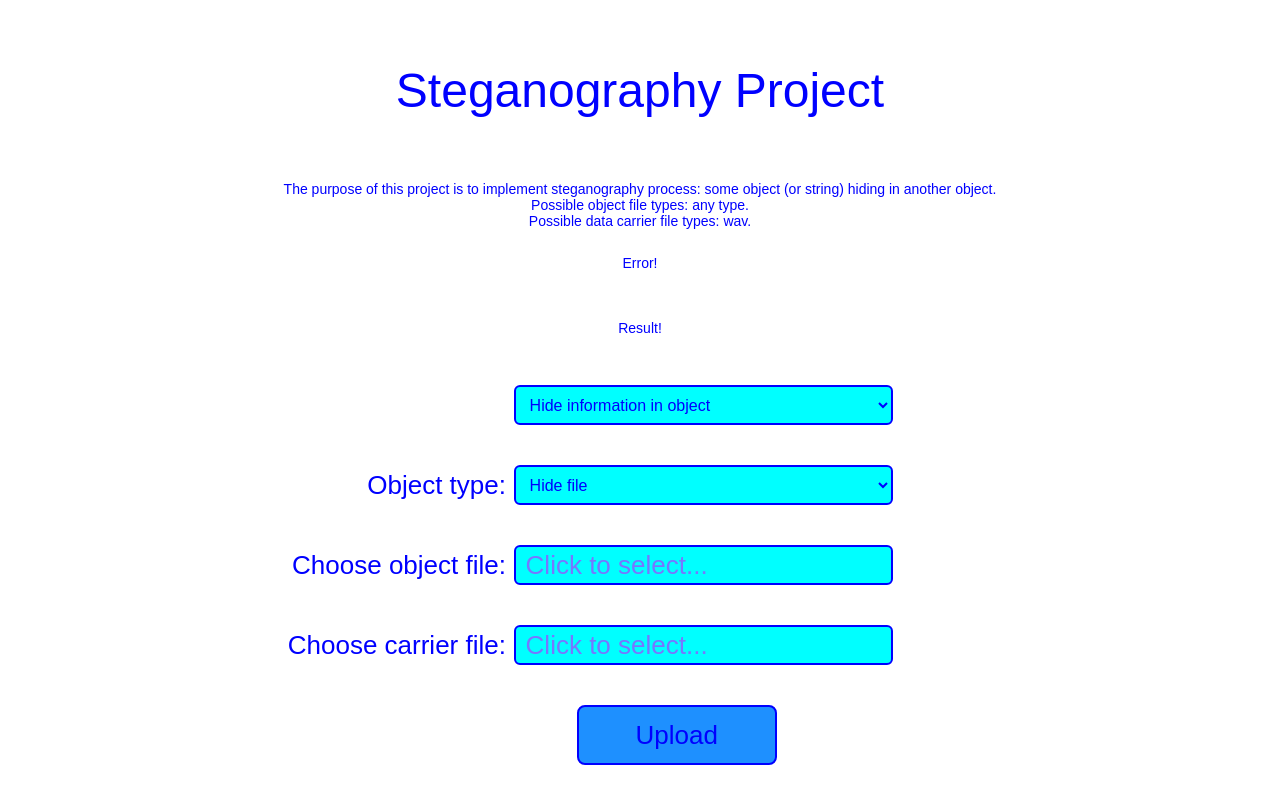
Repository: CactusZ/Trithemius
Page: client/index.html
The author's editor kept a record of every edit. The page is drawn from the files as they stood at one moment, then again after the next edit.
The browser window is 1280 px wide. The pictures show the whole page.

Above is the page before.

### client/index.html
<!doctype html>
<html lang="en" ng-app>

<head>
  <title>Steganography Project</title>
  <meta name="viewport" content="width=device-width, initial-scale=1.0">
  <base href="./client/index.html">

  <link rel="stylesheet" href="/css/index.css">
  <script src="/js/jquery.min.js"></script>
  <script src='/js/jquery.transit.min.js'></script>
  <script src="/js/bootstrap.min.js"></script>
  <script src="/js/angular.min.js"></script>
  <script src="/js/script.js"></script>
</head>

<body>


  <div class="container">
    <div class="head-sub-container">
      <div class="heading">
        Steganography Project
      </div>
      <div class="description">
        The purpose of this project is to implement steganography process: some object (or string) hiding in another object. <br> Possible object file types: any type. <br> Possible data carrier file types: wav. <br>
      </div>
    </div>
    <div class="description sub-container error" id="error-div">
      Error!
    </div>
    <div class="description sub-container result" id="result-div">
      Result!
    </div>
    <div class="sub-container">
      <select id="operation">
        <option value="hide">Hide information in object</option>
        <option value="retrieve">Retrieve information from object</option>
      </select>
    </div>
    <div id="hide-div">
      <div class="sub-container">
        <div class="label-div">
          <label for="object-type">Object type:</label>
        </div>
        <select id="object-type">
          <option value="file">Hide file</option>
          <option value="string">Hide string</option>
        </select>
      </div>
      <div class="sub-container" id="upload-string">
        <div class="label-div">
          <label for="upload-obj-string">Object string:</label>
        </div>
        <input id="upload-obj-string" class="upload-string" type="text" placeholder="Enter string...">
      </div>
      <div class="sub-container" id="upload-file">
        <div class="label-div">
          <label for="upload-obj-file">Choose object file:</label>
        </div>
        <input id="upload-obj-input" type="file" name="upload-object" style="display:none;">
        <input id="upload-obj-file" class="upload-file" type="text" placeholder="Click to select..." readonly>
      </div>
      <div class="sub-container">
        <div class="label-div">
          <label for="upload-carrier-file">Choose carrier file:</label>
        </div>
        <input id="upload-carrier-input" type="file" name="upload-carrier" style="display:none;">
        <input id="upload-carrier-file" class="upload-file" type="text" placeholder="Click to select..." readonly>
      </div>
      <div class="btn-container">
        <button id="upload-btn">Upload</button>
      </div>
    </div>
  </div>
  <div id="retrieve-div">
    <div class="sub-container">
      <div class="label-div">
        <label for="object-retr-type">Object to retrieve type:</label>
      </div>
      <select id="object-retr-type">
          <option value="file">File</option>
          <option value="string">String</option>
        </select>
    </div>
    <div class="sub-container">
      <div class="label-div">
        <label for="stego-file">Choose carrier file:</label>
      </div>
      <input id="stego-input" type="file" name="stego-file" style="display:none;">
      <input id="stego-file" class="upload-file" type="text" placeholder="Click to select..." readonly>
    </div>
    <div class="btn-container">
      <button id="retrieve-btn">Retrieve</button>
    </div>
  </div>
  </div>
  <div id="progress" class="progress-bar">
    <div id="progressBar" class="progress-bar-box">10%</div>
  </div>
</body>

</html>

### client/css/index.css
.container {
    margin-top: 5%;
}

.sub-container {
    position: relative;
    margin-bottom: 40px;
    height: 40px;
}

.label-div {
    display: inline-block;
    position: absolute;
    text-align: right;
    width: 24%;
    padding: 5px;
    text-overflow: ellipsis;
    white-space: nowrap;
    overflow: hidden;
    left: 15%;
}

label, button {
    font-family: Arial, Helvetica, sans-serif;
    font-size: 26px;
    color: blue;
}

.upload-file, .upload-string, select {
    text-align: left;
    display: block;
    padding: 13px 10px;
    width: 30%;
    height: 100%;
    position: absolute;
    left: 40%;
    background-color: aqua;
    -webkit-transition: background-color 0.5s;    /* Safari */
    transition: background-color 0.5s;
    border: solid blue 2px;
    border-radius: 6px;
    font-family: Arial, Helvetica, sans-serif;
    font-size: 26px;
    color: blue;
    box-sizing: border-box;
}

select {
    font-size: 16px;
    padding: 0 10px;
}

#upload-string{
    display:none;
}

.upload-file:hover, button:hover, .upload-string:hover, select:hover {
    background-color: GhostWhite;
}

::-webkit-input-placeholder {
    /* WebKit, Blink, Edge */
    color: #77F;
}

:-moz-placeholder {
    /* Mozilla Firefox 4 to 18 */
    color: blue;
    opacity: 1;
}

::-moz-placeholder {
    /* Mozilla Firefox 19+ */
    color: blue;
    opacity: 1;
}

:-ms-input-placeholder {
    /* Internet Explorer 10-11 */
    color: blue;
}

.btn-container {
    margin: 2% auto;
    margin-left: 45%;
}

button {
    height: 60px;
    width: 200px;
    background-color: DodgerBlue;
    color:Blue;
    border: solid blue 2px;
    border-radius: 8px;
    -webkit-transition: background-color 0.5s;    /* Safari */
    transition: background-color 0.5s;
}

.heading, .description {
    font-family: Arial, Helvetica, sans-serif;
    color: blue;
}

.heading {
    font-size: 48px;
    margin: 5% auto;
    text-align: center;
}

.description {
    font-size: 14px;
    text-align:center;
    margin-bottom: 2%;
}


.progress-label {
    text-align: center;
    line-height: 30px;
    color: Navy;
    font-weight: bold;
}
.progress-bar {
    position: relative;
    width: 50%;
    margin: auto;
    height: 30px;
    background-color: white;
    border: solid blue 3px;
    border-radius: 4px;
    display: none;
}

.progress-bar-box {
    position: absolute;
    width: 10%;
    height: 100%;
    background-color: RoyalBlue;
    transition: width 0.1s;
    text-align: center;
    line-height: 30px;
    color: Navy;
    font-weight: bold;
}

#retrieve-div {
    display:none;
}

.error .result {
    width: 30%;
    left: 40%;
    color: black;
    font-size: 24px;
    font-weight: bold;
    display:none;
    border-radius: 4px;
}

### client/js/script.js
    /* global $ white */
    $(document).ready(function() {

        $("#operation").change(function() {
            $(".progress-bar").hide("fast");
            $("#error-div").hide("fast");
            if ($(this).val() == "hide") {
                $("#retrieve-div").hide("fast");
                $("#hide-div").show("slow", "swing");
            }
            else {
                $("#hide-div").hide("fast");
                $("#retrieve-div").show("slow", "swing");
            }
        });

        /* Object type select */
        $("#object-type").change(function() {
            if ($(this).val() == "string") {
                $("#upload-file").hide("fast");
                $("#upload-string").show("slow", "swing");
            }
            else {
                $("#upload-string").hide("fast");
                $("#upload-file").show("slow", "swing");
            }
        });


        /* File selection */
        $('#upload-obj-file').click(function() {
            $('#upload-obj-input').click();
        });

        $('#upload-obj-input').change(function() {
            var filename = $('#upload-obj-input').val().split('\\').pop();
            $('#upload-obj-file').val(!filename ? "" : filename + " [Click to change]");
            var upload_carrier_file = $('#upload-obj-file');
            upload_carrier_file.val(!filename ? "" : filename + " [Click to change]");
            if (!upload_carrier_file.val()) {
                upload_carrier_file.css("background-color", "");
            }
            else {
                upload_carrier_file.css("background-color", "lightCyan");
            }
        });

        $('#upload-carrier-file').click(function() {
            $('#upload-carrier-input').click();
        });

        $('#upload-carrier-input').change(function(event) {
            var filename = $('#upload-carrier-input').val().split('\\').pop();
            var upload_carrier_file = $('#upload-carrier-file');
            upload_carrier_file.val(!filename ? "" : filename + " [Click to change]");
            if (!upload_carrier_file.val()) {
                upload_carrier_file.css("background-color", "");
            }
            else {
                upload_carrier_file.css("background-color", "lightCyan");
            }

        });


        $('#stego-file').click(function() {
            $('#stego-input').click();
        });

        $('#stego-input').change(function(event) {
            var filename = $('#stego-input').val().split('\\').pop();
            var stego_file = $('#stego-file');
            stego_file.val(!filename ? "" : filename + " [Click to change]");
            if (!stego_file.val()) {
                stego_file.css("background-color", "");
            }
            else {
                stego_file.css("background-color", "lightCyan");
            }

        });

        /* Button pressed. Upload! */
        $("#upload-btn").click(function() {
            $("#error-div").hide();
            var fileObj;
            var fileCar;
            fileCar = $('#upload-carrier-input').get(0).files[0];

            /*Create Form*/
            var formData = new FormData();

            formData.append('fileCarrier', fileCar, fileCar.name);
            formData.append('objectType', $("#object-type").val());
            if ($("#object-type").val() == 'file') {
                if ((!$('#upload-carrier-input').val()) || (!$('#upload-obj-input').val())) {
                    $("#error-div").show();
                    $("#error-div").html("You have to select 2 files!");
                    return;
                }
                fileObj = $('#upload-obj-input').get(0).files[0];
                formData.append('fileObject', fileObj, fileObj.name);
            }
            else {
                if ((!$('#upload-carrier-input').val()) || (!$('#upload-obj-string').val())) {
                    $("#error-div").show();
                    $("#error-div").html("You have to select a file and input string!");
                    return;
                }
                formData.append('stringObject', $('#upload-obj-string').val());
            }

            /* Reset and show progress bar */
            $("#progress").css("display", "block");
            $("#progressBar").css("width", "0%");
            $("#label").html("0%");

            $.ajax({
                url: '/upload/hide',
                type: 'POST',
                data: formData,
                processData: false,
                contentType: false,
                success: function(data) {
                    if (data.status == "error") {
                        $("#error-div").html(data.error);
                        $("#error-div").show();
                    }
                },
                xhr: function() {
                    // create an XMLHttpRequest
                    var xhr = new XMLHttpRequest();

                    // listen to the 'progress' event
                    xhr.upload.addEventListener('progress', function(evt) {

                        if (evt.lengthComputable) {
                            // calculate the percentage of upload completed
                            var percentComplete = evt.loaded / evt.total;
                            percentComplete = parseInt(percentComplete * 100);

                            // update the Bootstrap progress bar with the new percentage
                            $('.progress-bar-box').text(percentComplete + '%');
                            $('.progress-bar-box').css({
                                width: percentComplete + '%'
                            });

                            // once the upload reaches 100%, set the progress bar text to done
                            if (percentComplete === 100) {
                                $('.progress-bar-box').html('Done');
                            }

                        }

                    }, false);

                    return xhr;
                }
            });
        });

        $("#retrieve-btn").click(function() {
            $("#error-div").hide();

            var fileObj;
            var fileCar;
            fileCar = $('#stego-input').get(0).files[0];

            /*Create Form*/
            var formData = new FormData();
            var objectRetrieveType = $("#object-retr-type").val();
            formData.append('fileCarrier', fileCar, fileCar.name);
            formData.append('objectType', objectRetrieveType);

            if (!$('#stego-input').val()) {
                $("#error-div").show();
                $("#error-div").html("You have to select file!");
                return;
            }

            /* Reset and show progress bar */
            $("#progress").css("display", "block");
            $("#progressBar").css("width", "0%");
            $("#label").html("0%");

            $.ajax({
                url: '/upload/retrieve',
                type: 'POST',
                data: formData,
                processData: false,
                contentType: false,
                success: function(data) {
                    if (data.status == "error") {
                        $("#error-div").html(data.error);
                        $("#error-div").show();
                    } else {
                        if (objectRetrieveType=="file") {
                            $("#result-div").html("Your file can be downloaded by clicking <a href=" + data.result +"> HERE </a>");
                        } else {

                        }
                    }
                },
                xhr: function() {
                    // create an XMLHttpRequest
                    var xhr = new XMLHttpRequest();

                    // listen to the 'progress' event
                    xhr.upload.addEventListener('progress', function(evt) {

                        if (evt.lengthComputable) {
                            // calculate the percentage of upload completed
                            var percentComplete = evt.loaded / evt.total;
                            percentComplete = parseInt(percentComplete * 100);

                            // update the Bootstrap progress bar with the new percentage
                            $('.progress-bar-box').text(percentComplete + '%');
                            $('.progress-bar-box').css({
                                width: percentComplete + '%'
                            });

                            // once the upload reaches 100%, set the progress bar text to done
                            if (percentComplete === 100) {
                                $('.progress-bar-box').html('Done');
                            }

                        }

                    }, false);

                    return xhr;
                }
            });
        });
    });

Loaded but not shown: client/js/jquery.min.js (library); client/js/jquery.transit.min.js (library); client/js/bootstrap.min.js (library); client/js/angular.min.js (library)

After the next edit:
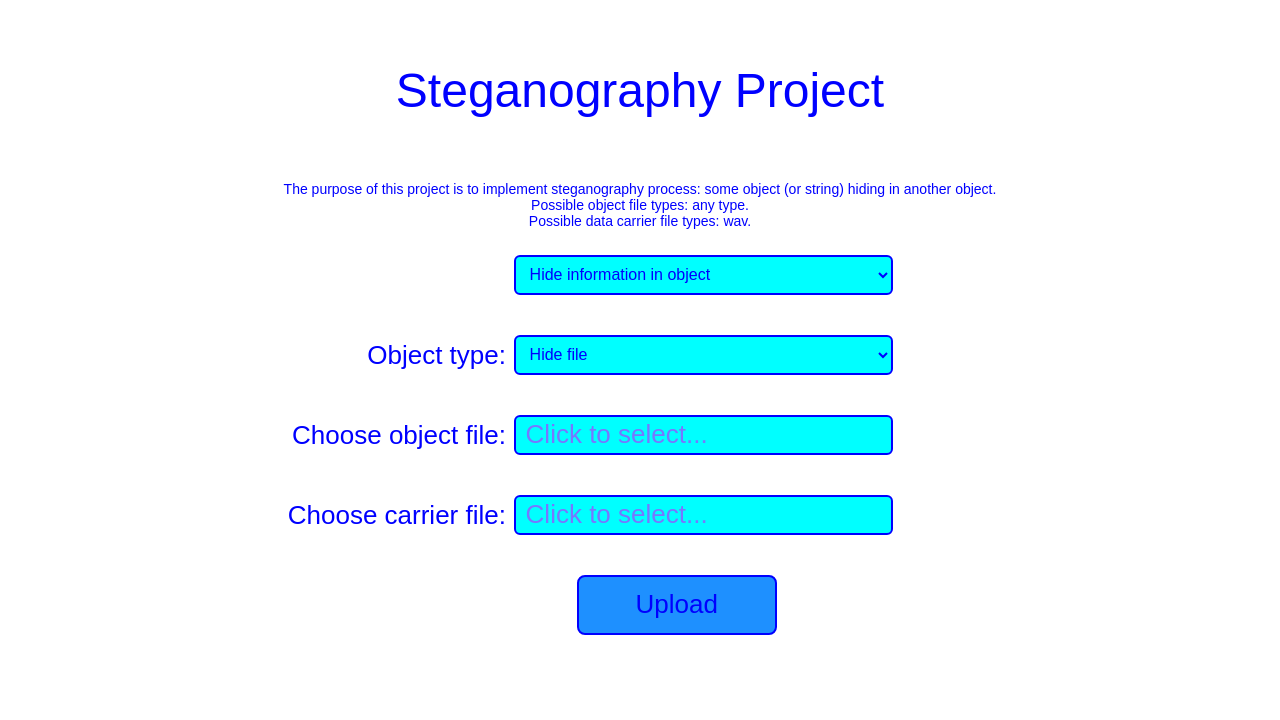
The edit:
--- a/client/css/index.css
+++ b/client/css/index.css
@@ -20,13 +20,16 @@
     left: 15%;
 }
 
-label, button {
+label,
+button {
     font-family: Arial, Helvetica, sans-serif;
     font-size: 26px;
     color: blue;
 }
 
-.upload-file, .upload-string, select {
+.upload-file,
+.upload-string,
+select {
     text-align: left;
     display: block;
     padding: 13px 10px;
@@ -35,7 +38,8 @@
     position: absolute;
     left: 40%;
     background-color: aqua;
-    -webkit-transition: background-color 0.5s;    /* Safari */
+    -webkit-transition: background-color 0.5s;
+    /* Safari */
     transition: background-color 0.5s;
     border: solid blue 2px;
     border-radius: 6px;
@@ -50,11 +54,14 @@
     padding: 0 10px;
 }
 
-#upload-string{
-    display:none;
+#upload-string {
+    display: none;
 }
 
-.upload-file:hover, button:hover, .upload-string:hover, select:hover {
+.upload-file:hover,
+button:hover,
+.upload-string:hover,
+select:hover {
     background-color: GhostWhite;
 }
 
@@ -89,14 +96,16 @@
     height: 60px;
     width: 200px;
     background-color: DodgerBlue;
-    color:Blue;
+    color: Blue;
     border: solid blue 2px;
     border-radius: 8px;
-    -webkit-transition: background-color 0.5s;    /* Safari */
+    -webkit-transition: background-color 0.5s;
+    /* Safari */
     transition: background-color 0.5s;
 }
 
-.heading, .description {
+.heading,
+.description {
     font-family: Arial, Helvetica, sans-serif;
     color: blue;
 }
@@ -109,10 +118,9 @@
 
 .description {
     font-size: 14px;
-    text-align:center;
+    text-align: center;
     margin-bottom: 2%;
 }
-
 
 .progress-label {
     text-align: center;
@@ -120,6 +128,7 @@
     color: Navy;
     font-weight: bold;
 }
+
 .progress-bar {
     position: relative;
     width: 50%;
@@ -144,15 +153,23 @@
 }
 
 #retrieve-div {
-    display:none;
+    display: none;
 }
 
-.error .result {
+.error, .result {
     width: 30%;
     left: 40%;
     color: black;
     font-size: 24px;
     font-weight: bold;
-    display:none;
+    display: none;
     border-radius: 4px;
 }
+
+.error {
+    background-color: #FF4040;
+}
+
+.result {
+    background-color: green;
+}
